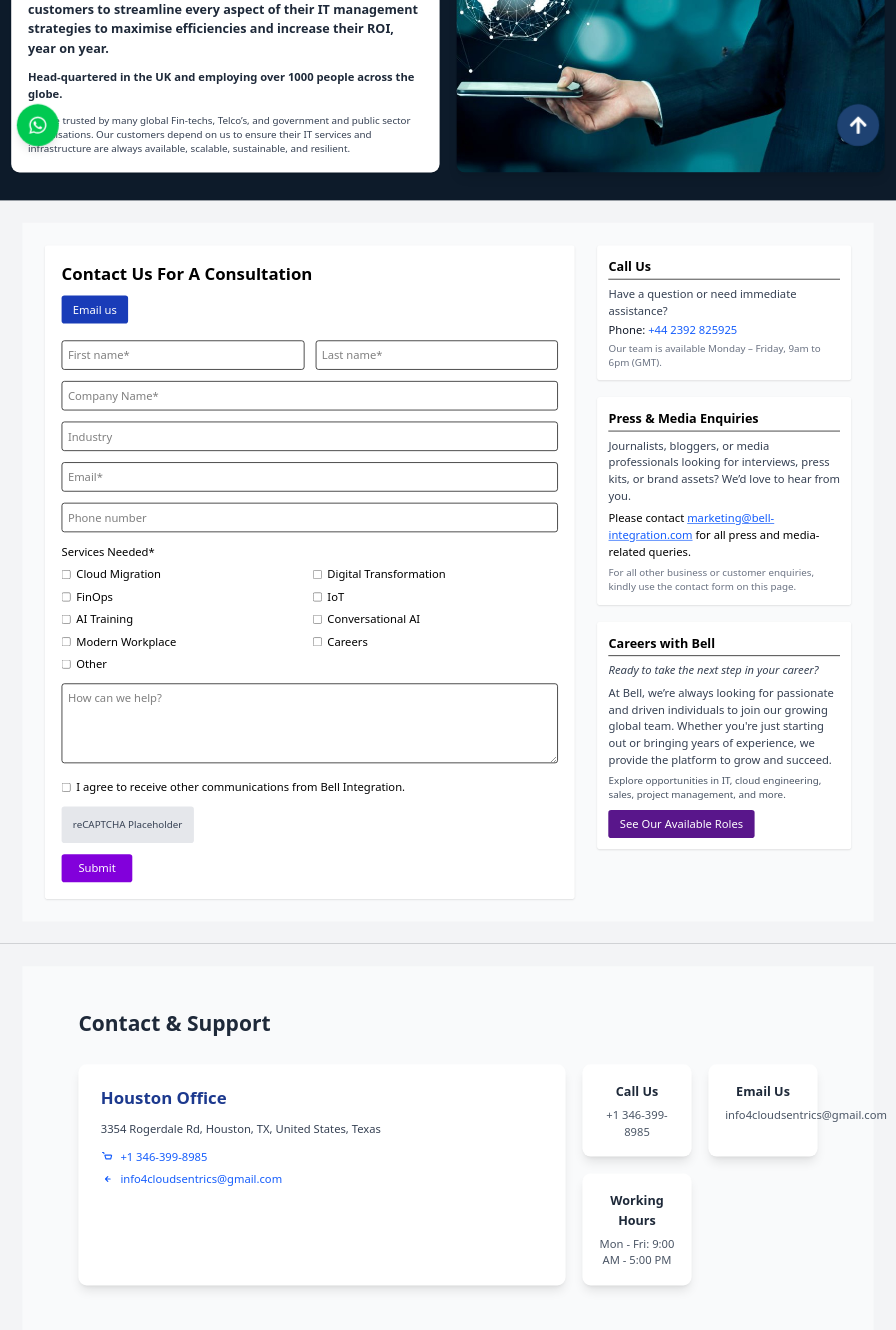
Repository: chykesure/cloudsentrics_
Page: /contact
These files come from the project's save history. The page is drawn as it stood at one moment and after the next save; the edit follows.
The browser window is 1280 px wide. The pictures show the part of the page from y = 486 to 2386 px (the page is 3045 px tall before and 3069 px after), at 70% of full size.
Pictures or frames that could not be fetched are drawn as grey boxes. The project was rebuilt for these pictures with package versions that can differ from the ones it lists, and the page was loaded fresh each time. Also part of the build but not shown: vite.config.js, src/pages/Header.jsx, src/pages/Footer.jsx, src/pages/students/Reviews.jsx, src/pages/students/Testimony.jsx, src/pages/students/TestimonyLanding.jsx, src/pages/LandingPage.jsx, src/pages/students/Header.jsx and 41 more.

Above is the page before, as saved 2025-04-09 12:55:46.

### src/index.css
@import "tailwindcss";

@keyframes zoomInOut {
    0% {
        transform: scale(1);
    }
    100% {
        transform: scale(1.1);
    }
}

.zoom-animation {
    animation: zoomInOut 5s infinite alternate ease-in-out;

}

### src/App.jsx
import { BrowserRouter as Router, Routes, Route } from "react-router-dom";
import LandingPage from "./pages/LandingPage";
import StudentPage from "./pages/students/StudentPage";
import AboutUs from "./pages/students/AboutUs/AboutUs";
import "./App.css";
import AWS from "./pages/students/courses/AWS";
import DevSecOps from "./pages/students/courses/DevSecOps";
import AZURE from "./pages/students/courses/AZURE";
import Blogs from "./pages/students/blogs/Blogs";
import EventsPage from "./pages/students/events/EventsPage";
import FloatsButtons from "./pages/FloatsButtons";
import PartnerPage from "./pages/partners/home/PartnerPage";
import Ai from "./pages/partners/menu/ai";
import CloudSecurity from "./pages/partners/menu/cloudsecurity";
import IOT from "./pages/partners/menu/iot";
import Technology from "./pages/partners/menu/technology";
import Workplace from "./pages/partners/menu/workplace";
import InsightMenu from "./pages/partners/main_menu/insight";
import NewsPage from "./pages/partners/main_menu/news";
import CaseStudy from "./pages/partners/main_menu/casestudy";
import AboutCloud from "./pages/partners/main_menu/aboutus";
import Careers from "./pages/partners/main_menu/careers";
import ContactUs from "./pages/partners/main_menu/contact";

function App() {
  return (
    <Router>
      <div className="flex flex-col min-h-screen">
        {/* Floating Buttons will always be visible */}
        <FloatsButtons />

        <div className="flex-grow pt-20"> {/* Adjust padding-top based on header height */}
          <Routes>

            {/* Student Section */}
            <Route path="/" element={<LandingPage />} />
            <Route path="/StudentPage" element={<StudentPage />} />
            <Route path="/about" element={<AboutUs />} />
            <Route path="/courses/AWS" element={<AWS />} />
            <Route path="/courses/Azure" element={<AZURE />} />
            <Route path="/courses/DevSecOps" element={<DevSecOps />} />
            <Route path="/blog" element={<Blogs />} />
            <Route path="/events" element={<EventsPage />} />

            {/* The Partner Section */}
            <Route path="/PartnerPage" element={<PartnerPage />} />
            <Route path="/ai" element={<Ai />} />
            <Route path="/cloud-security" element={<CloudSecurity />} />
            <Route path="/iot" element={<IOT />} />
            <Route path="/technology" element={<Technology />} />
            <Route path="/modern-workplace" element={<Workplace />} />
            <Route path="/insights" element={<InsightMenu />} />
            <Route path="/news" element={<NewsPage />} />
            <Route path="/case-studies" element={<CaseStudy />} />
            <Route path="/about-cloudsentrics" element={<AboutCloud />} />
            <Route path="/careers" element={<Careers />} />
            <Route path="/contact" element={<ContactUs />} />
          </Routes>
        </div>
      </div>
    </Router>
  );
}

export default App;

### src/pages/FloatsButtons.jsx
import { FaWhatsapp, FaArrowUp } from "react-icons/fa";
import { motion } from "framer-motion";

const FloatsButtons = () => {
    const scrollToTop = () => {
        window.scrollTo({ top: 0, behavior: "smooth" });
    };

    return (
        <>
            {/* Floating WhatsApp Button (Left) */}
            <motion.a
                href="https://wa.me/message/62QVNSESZ56FC1"
                target="_blank"
                rel="noopener noreferrer"
                className="fixed bottom-6 left-6 bg-green-500 text-white p-4 rounded-full shadow-lg flex items-center justify-center z-50"
                title="Chat with us on WhatsApp"
                animate={{ y: [0, -10, 0] }}
                transition={{ duration: 1.5, repeat: Infinity, repeatType: "reverse", ease: "easeInOut" }}
                whileHover={{ scale: 1.2 }}
            >
                <FaWhatsapp size={28} />
            </motion.a>

            {/* Floating Back to Top Button (Right) */}
            <motion.button
                onClick={scrollToTop}
                className="fixed bottom-6 right-6 bg-[#1e4272] text-white p-4 rounded-full shadow-lg flex items-center justify-center z-50"
                title="Back to Top"
                animate={{ y: [0, -10, 0] }}
                transition={{ duration: 1.5, repeat: Infinity, repeatType: "reverse", ease: "easeInOut" }}
                whileHover={{ scale: 1.2 }}
            >
                <FaArrowUp size={28} />
            </motion.button>
        </>
    );
};

export default FloatsButtons;

### src/pages/partners/Header.jsx
import { useState, useEffect } from "react";
import { FaSearch, FaPhone, FaBars, FaTimes } from "react-icons/fa";
import { Link } from "react-router-dom";
import { motion } from "framer-motion";

const Header = () => {
  const [menuOpen, setMenuOpen] = useState(false);
  const [expiry, setExpiry] = useState({ days: 203, hours: 2, minutes: 43, seconds: 8 });

  useEffect(() => {
    const timer = setInterval(() => {
      setExpiry((prev) => {
        let { days, hours, minutes, seconds } = prev;
        if (seconds > 0) {
          seconds -= 1;
        } else {
          seconds = 59;
          if (minutes > 0) {
            minutes -= 1;
          } else {
            minutes = 59;
            if (hours > 0) {
              hours -= 1;
            } else {
              hours = 23;
              if (days > 0) days -= 1;
            }
          }
        }
        return { days, hours, minutes, seconds };
      });
    }, 1000);

    return () => clearInterval(timer);
  }, []);

  return (
    <header className="bg-[#1e4272] text-white flex items-center justify-between px-6 py-4 fixed top-0 left-0 w-full z-50 shadow-md">
      {/* Windows 10 Expiry Countdown */}
      <div className="flex items-center gap-3 text-sm">
        {/* Countdown content here if needed */}
      </div>

      {/* Updated Desktop Navigation with Framer Motion and React Router */}
      <motion.div
        className="hidden lg:flex flex-grow justify-center items-center space-x-6 lg:space-x-10 text-lg lg:text-xl font-semibold tracking-wide h-full"
        initial={{ opacity: 0, y: -10 }}
        animate={{ opacity: 1, y: 0 }}
        transition={{ duration: 0.6, ease: "easeOut" }}
      >
        {[
          { label: "INSIGHTS", path: "/insights" },
          { label: "NEWS", path: "/news" },
          { label: "CASE STUDIES", path: "/case-studies" },
          { label: "ABOUT CLOUD-SENTRICS", path: "/about-cloudsentrics" },
          { label: "CAREERS", path: "/careers" },
          { label: "CONTACT", path: "/contact" },
        ].map((item, index) => (
          <Link key={index} to={item.path}>
            <motion.span
              className="relative cursor-pointer transition-all duration-300 group hover:text-blue-400 whitespace-nowrap"
              whileHover={{ scale: 1.1 }}
            >
              {item.label}
              <span className="absolute left-0 bottom-0 w-0 h-[3px] bg-white transition-all duration-300 group-hover:w-full"></span>
            </motion.span>
          </Link>
        ))}
      </motion.div>

      {/* Contact and Search */}
      <div className="hidden lg:flex items-center gap-4">
        <a
          href="tel:+442392825925"
          className="flex items-center gap-1 text-sm font-semibold transition-all duration-300 hover:text-gray-300"
        >
          <FaPhone /> +1 346-399-8985
        </a>
        <button className="text-white transition-all duration-300 hover:text-gray-300">
          <FaSearch />
        </button>
      </div>

      {/* Mobile Menu Button */}
      <button
        className="lg:hidden text-xl transition-transform transform hover:scale-110"
        onClick={() => setMenuOpen(!menuOpen)}
      >
        {menuOpen ? <FaTimes /> : <FaBars />}
      </button>

      {/* Mobile Navigation with Slide-in Effect */}
      <div
        className={`fixed top-14 left-0 w-full bg-[#1e4272] shadow-md p-4 flex flex-col items-center gap-4 text-sm transform transition-transform duration-500 ${
          menuOpen ? "translate-x-0" : "-translate-x-full"
        }`}
      >
        {["Powering Cloud-Integrated Digital Transformation"].map((item, index) => (
          <a key={index} href="#" className="text-3xl font-semibold transition-all duration-300 hover:scale-110">
            {item}
          </a>
        ))}
        <a href="tel:+442392825925" className="flex items-center gap-1 text-sm font-semibold">
          <FaPhone /> +1 346-399-8985
        </a>
        <button className="text-white transition-all duration-300 hover:text-gray-300">
          <FaSearch />
        </button>
      </div>
    </header>
  );
};

export default Header;

### src/pages/partners/home/Footer.jsx
import React from 'react';
import { FaLinkedin, FaXTwitter, FaInstagram } from 'react-icons/fa6';
import { Link } from 'react-router-dom';

function Footer() {
    return (
        <footer className="bg-white text-black py-6 border-t border-gray-300 text-sm w-full">
            <div className="w-full px-6 lg:px-12">
                {/* Main Footer Section */}
                <div className="flex flex-col md:flex-row justify-between items-center text-center md:text-left">
                    <h3 className="font-bold text-lg text-blue-900">Powering Cloud-Integrated Digital Transformation</h3>

                    {/* Social Icons */}
                    <div className="flex space-x-4 mt-4 md:mt-0">
                        <a href="https://www.linkedin.com/posts/cloud-sentrics_cloud-sentrics-linkedin-activity-7291379079860117505-ve54?utm_source=share&utm_medium=member_android" target="_blank" rel="noopener noreferrer" className="text-gray-600 hover:text-black">
                            <FaLinkedin size={20} />
                        </a>
                        <a href="https://x.com/CloudSentrics" target="_blank" rel="noopener noreferrer" className="text-gray-600 hover:text-black">
                            <FaXTwitter size={20} />
                        </a>
                        <a href="https://www.instagram.com/cloudsentrics/" target="_blank" rel="noopener noreferrer" className="text-gray-600 hover:text-black">
                            <FaInstagram size={20} />
                        </a>
                    </div>
                </div>

                {/* Footer Links */}
                <div className="mt-4 text-center md:text-left">
                    <p>© {new Date().getFullYear()} All rights reserved |
                        <Link to="#" className="ml-2 hover:text-blue-600">Privacy Notice</Link> |
                        <Link to="#" className="ml-2 hover:text-blue-600">Terms & Conditions</Link> |
                        <Link to="#" className="ml-2 hover:text-blue-600">Website T&Cs</Link> |
                        <Link to="#" className="ml-2 hover:text-blue-600">Cookies Policy</Link> |
                        <Link to="#" className="ml-2 hover:text-blue-600">Anti-Slavery Policy</Link> |
                        <Link to="#" className="ml-2 hover:text-blue-600">Sitemap</Link> |
                        <Link to="#" className="ml-2 hover:text-blue-600">Learn more</Link>
                    </p>
                </div>
            </div>
        </footer>
    );
}

export default Footer;

### src/pages/partners/main_menu/contactmap.jsx
import React from "react";

const ContactMap = () => {
    return (
        <div className="bg-[#f9fafb] pt-16 px-4 sm:px-6 lg:px-20">
            <h2 className="text-3xl font-semibold text-gray-800 mb-10">Contact & Support</h2>

            {/* Unified Grid: Office Info + Bottom Info Boxes */}
            <div className="grid grid-cols-1 md:grid-cols-2 lg:grid-cols-3 gap-6 mb-16">
                {/* Main Office Info */}
                <div className="bg-white rounded-xl shadow-lg p-8 col-span-1 md:col-span-2">
                    <h3 className="text-2xl font-bold text-blue-900 mb-4">Houston Office</h3>
                    <p className="text-gray-700 mb-4">
                        3354 Rogerdale Rd, Houston, TX, United States, Texas
                    </p>
                    <p className="text-gray-800 font-medium mb-2 flex items-center gap-2">
                        <svg className="w-5 h-5 text-blue-600" fill="none" stroke="currentColor" strokeWidth="2"
                            viewBox="0 0 24 24">
                            <path strokeLinecap="round" strokeLinejoin="round"
                                d="M3 5h2l.4 2M7 10l1.8 6H17l1.4-5.2a1 1 0 0 0-.9-1.3H7.8" />
                        </svg>
                        <a href="tel:+13463998985" className="text-blue-600 hover:underline">
                            +1 346-399-8985
                        </a>
                    </p>
                    <p className="text-gray-800 font-medium flex items-center gap-2">
                        <svg className="w-5 h-5 text-blue-600" fill="none" stroke="currentColor" strokeWidth="2"
                            viewBox="0 0 24 24">
                            <path strokeLinecap="round" strokeLinejoin="round"
                                d="M16 12H8m0 0l4-4m-4 4l4 4" />
                        </svg>
                        <a href="mailto:info4cloudsentrics@gmail.com" className="text-blue-600 hover:underline">
                            info4cloudsentrics@gmail.com
                        </a>
                    </p>
                </div>

                {/* Quick Contact Boxes */}
                <div className="grid grid-cols-1 md:grid-cols-2 gap-6">
                    <div className="bg-white rounded-xl shadow-lg p-6 text-center">
                        <h4 className="text-lg font-semibold text-gray-800 mb-2">Call Us</h4>
                        <p className="text-gray-600">+1 346-399-8985</p>
                    </div>
                    <div className="bg-white rounded-xl shadow-lg p-6 text-center">
                        <h4 className="text-lg font-semibold text-gray-800 mb-2">Email Us</h4>
                        <p className="text-gray-600">info4cloudsentrics@gmail.com</p>
                    </div>
                    <div className="bg-white rounded-xl shadow-lg p-6 text-center">
                        <h4 className="text-lg font-semibold text-gray-800 mb-2">Working Hours</h4>
                        <p className="text-gray-600">Mon - Fri: 9:00 AM - 5:00 PM</p>
                    </div>
                </div>
            </div>


            {/* Full-Width Map */}
            <div className="w-full">
                <iframe
                    title="Houston Office Map"
                    src="https://www.google.com/maps/embed?pb=!1m18!1m12!1m3!1d13807.84773977804!2d-95.56307065!3d29.72636405!2m3!1f0!2f0!3f0!3m2!1i1024!2i768!4f13.1!3m3!1m2!1s0x8640c4fd9d2f11d1%3A0x3dcb9674fa5e6f01!2s3354%20Rogerdale%20Rd%2C%20Houston%2C%20TX%2077036%2C%20USA!5e0!3m2!1sen!2sng!4v1712663541234!5m2!1sen!2sng"
                    width="100%"
                    height="450"
                    style={{ border: "0" }}
                    allowFullScreen=""
                    loading="lazy"
                ></iframe>
            </div>
        </div>
    );
};

export default ContactMap;

Loaded but not shown: index.html (common file); src/main.jsx (common file); src/pages/students/AboutUs/AboutUs.jsx (399 lines, source omitted); src/pages/partners/main_menu/contactother.jsx (215 lines, source omitted); src/pages/partners/main_menu/contact.jsx (117 lines, source omitted)

After the next save:
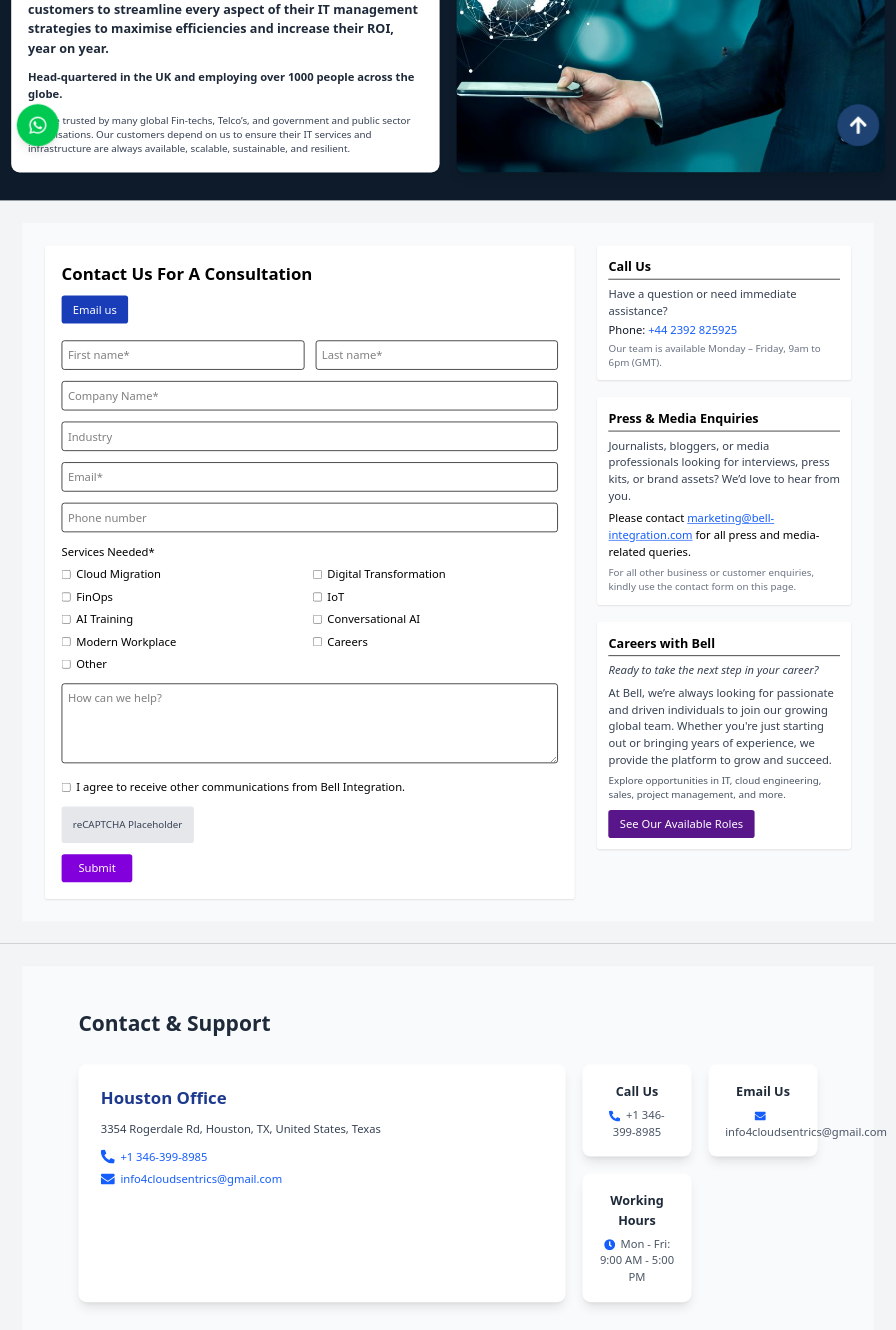
Saved 90 s later.
--- a/src/pages/partners/main_menu/contactmap.jsx
+++ b/src/pages/partners/main_menu/contactmap.jsx
@@ -1,4 +1,5 @@
 import React from "react";
+import { FaPhoneAlt, FaEnvelope, FaClock } from "react-icons/fa";
 
 const ContactMap = () => {
     return (
@@ -8,27 +9,19 @@
             {/* Unified Grid: Office Info + Bottom Info Boxes */}
             <div className="grid grid-cols-1 md:grid-cols-2 lg:grid-cols-3 gap-6 mb-16">
                 {/* Main Office Info */}
-                <div className="bg-white rounded-xl shadow-lg p-8 col-span-1 md:col-span-2">
+                <div className="bg-white rounded-xl shadow-lg p-8 col-span-1 md:col-span-2 transition-transform transform hover:scale-105">
                     <h3 className="text-2xl font-bold text-blue-900 mb-4">Houston Office</h3>
                     <p className="text-gray-700 mb-4">
                         3354 Rogerdale Rd, Houston, TX, United States, Texas
                     </p>
                     <p className="text-gray-800 font-medium mb-2 flex items-center gap-2">
-                        <svg className="w-5 h-5 text-blue-600" fill="none" stroke="currentColor" strokeWidth="2"
-                            viewBox="0 0 24 24">
-                            <path strokeLinecap="round" strokeLinejoin="round"
-                                d="M3 5h2l.4 2M7 10l1.8 6H17l1.4-5.2a1 1 0 0 0-.9-1.3H7.8" />
-                        </svg>
+                        <FaPhoneAlt className="w-5 h-5 text-blue-600" />
                         <a href="tel:+13463998985" className="text-blue-600 hover:underline">
                             +1 346-399-8985
                         </a>
                     </p>
                     <p className="text-gray-800 font-medium flex items-center gap-2">
-                        <svg className="w-5 h-5 text-blue-600" fill="none" stroke="currentColor" strokeWidth="2"
-                            viewBox="0 0 24 24">
-                            <path strokeLinecap="round" strokeLinejoin="round"
-                                d="M16 12H8m0 0l4-4m-4 4l4 4" />
-                        </svg>
+                        <FaEnvelope className="w-5 h-5 text-blue-600" />
                         <a href="mailto:info4cloudsentrics@gmail.com" className="text-blue-600 hover:underline">
                             info4cloudsentrics@gmail.com
                         </a>
@@ -37,21 +30,29 @@
 
                 {/* Quick Contact Boxes */}
                 <div className="grid grid-cols-1 md:grid-cols-2 gap-6">
-                    <div className="bg-white rounded-xl shadow-lg p-6 text-center">
+                    <div className="bg-white rounded-xl shadow-lg p-6 text-center transition-transform transform hover:scale-105">
                         <h4 className="text-lg font-semibold text-gray-800 mb-2">Call Us</h4>
-                        <p className="text-gray-600">+1 346-399-8985</p>
+                        <p className="text-gray-600">
+                            <FaPhoneAlt className="inline-block mr-2 text-blue-600" />
+                            +1 346-399-8985
+                        </p>
                     </div>
-                    <div className="bg-white rounded-xl shadow-lg p-6 text-center">
+                    <div className="bg-white rounded-xl shadow-lg p-6 text-center transition-transform transform hover:scale-105">
                         <h4 className="text-lg font-semibold text-gray-800 mb-2">Email Us</h4>
-                        <p className="text-gray-600">info4cloudsentrics@gmail.com</p>
+                        <p className="text-gray-600">
+                            <FaEnvelope className="inline-block mr-2 text-blue-600" />
+                            info4cloudsentrics@gmail.com
+                        </p>
                     </div>
-                    <div className="bg-white rounded-xl shadow-lg p-6 text-center">
+                    <div className="bg-white rounded-xl shadow-lg p-6 text-center transition-transform transform hover:scale-105">
                         <h4 className="text-lg font-semibold text-gray-800 mb-2">Working Hours</h4>
-                        <p className="text-gray-600">Mon - Fri: 9:00 AM - 5:00 PM</p>
+                        <p className="text-gray-600">
+                            <FaClock className="inline-block mr-2 text-blue-600" />
+                            Mon - Fri: 9:00 AM - 5:00 PM
+                        </p>
                     </div>
                 </div>
             </div>
-
 
             {/* Full-Width Map */}
             <div className="w-full">
